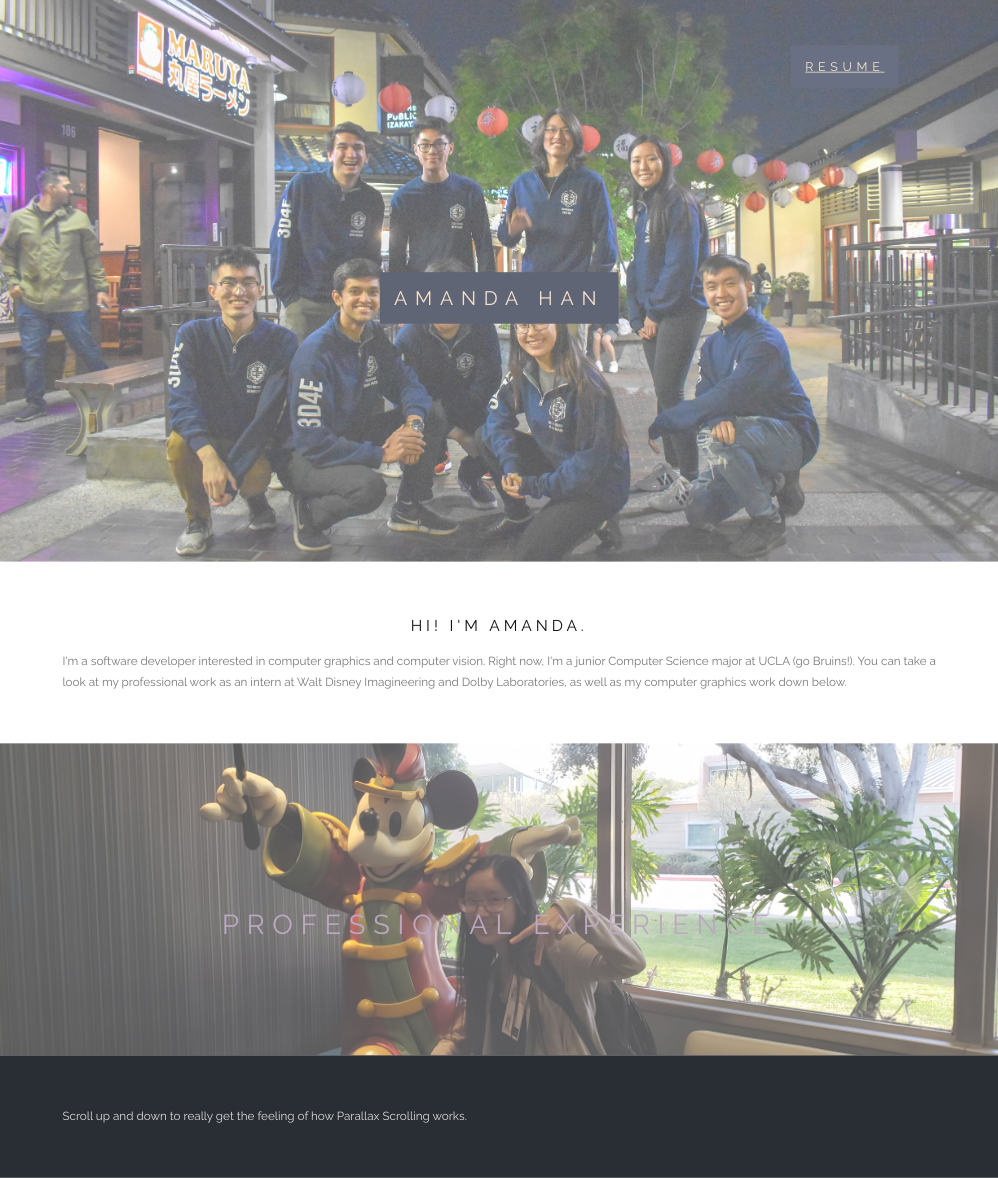
Repository: aliyuanh/me
Page: index.html
These files come from the project's save history. The page is drawn as it stood at one moment and after the next save; the edit follows.
The browser window is 1280 px wide. The pictures show the part of the page from y = 0 to 1510 px (the page is 2787 px tall), at 78% of full size.
Pictures or frames that could not be fetched are drawn as grey boxes.

Above is the page before, as saved 2020-09-17 12:25:15.

After the next save:
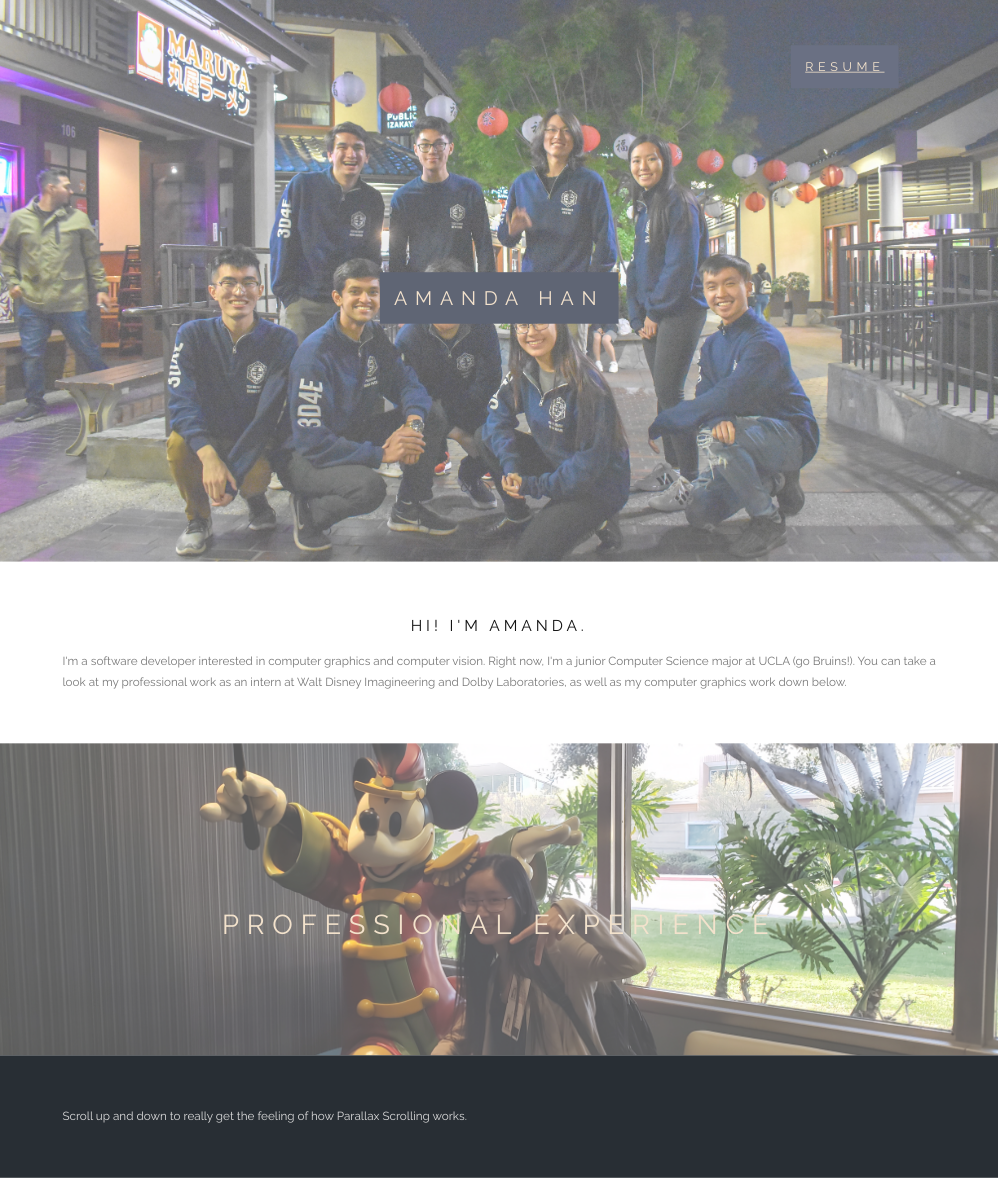
Saved 14 s later.
--- a/index.html
+++ b/index.html
@@ -95,7 +95,7 @@
             letter-spacing: 10px;
             background-color: transparent;
             font-size: 35px;
-            color: var(--mountbatten-pink);
+            color: var(--wheat);
         }
 
         @media only screen and (max-device-width: 1024px) {
